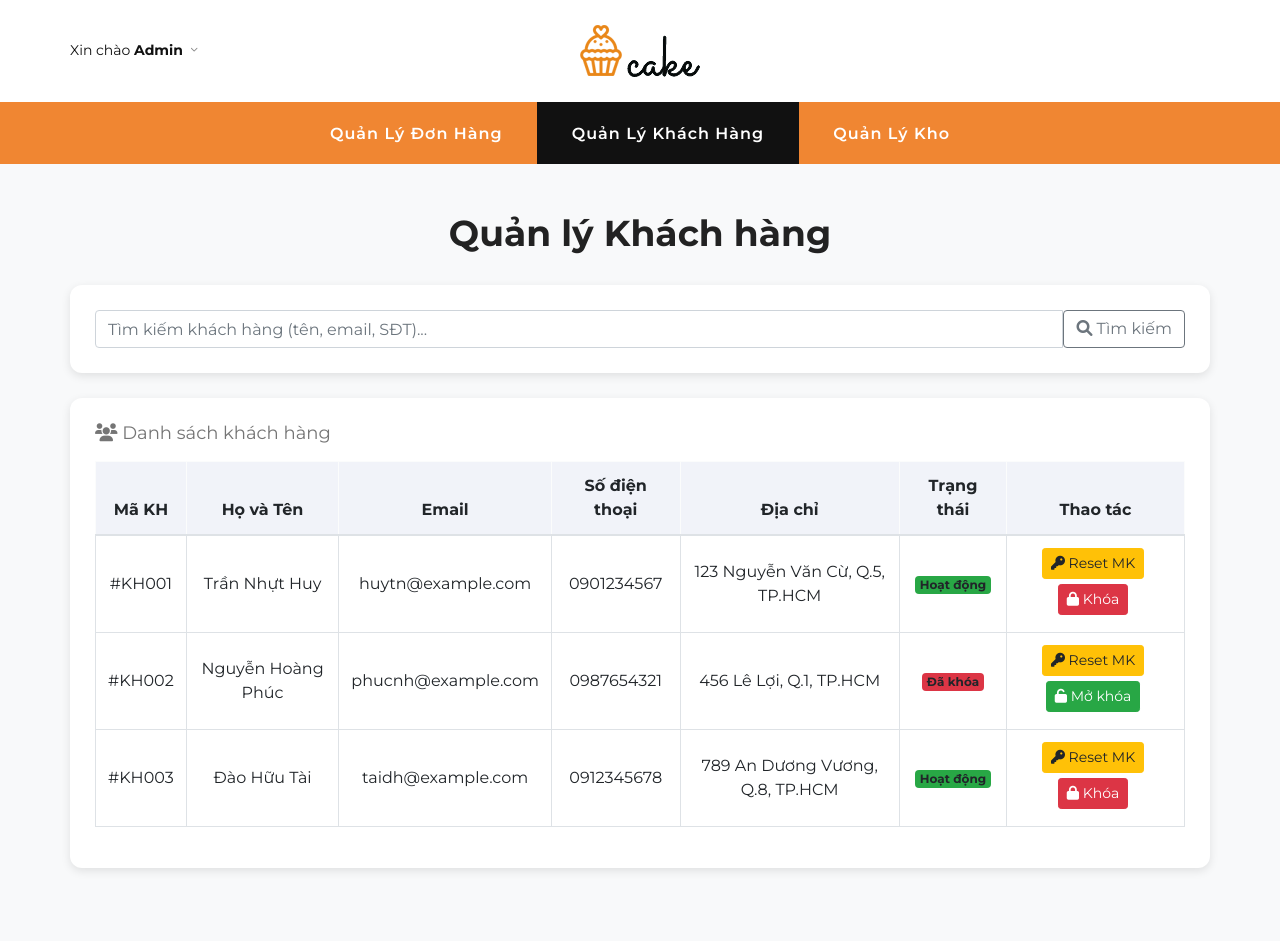
Repository: nhanto2n-byte/Nhom10ChieuThu3
Page: ProjectWeb/cake-main/admin_member.html
These files come from the project's save history. The page is drawn as it stood at one moment and after the next save; the edit follows.
The browser window is 1280 px wide. The pictures show the whole page.
Backgrounds fixed to the window are drawn as part of the page.

Above is the page before, as saved 2025-10-28 20:36:15.

After the next save:
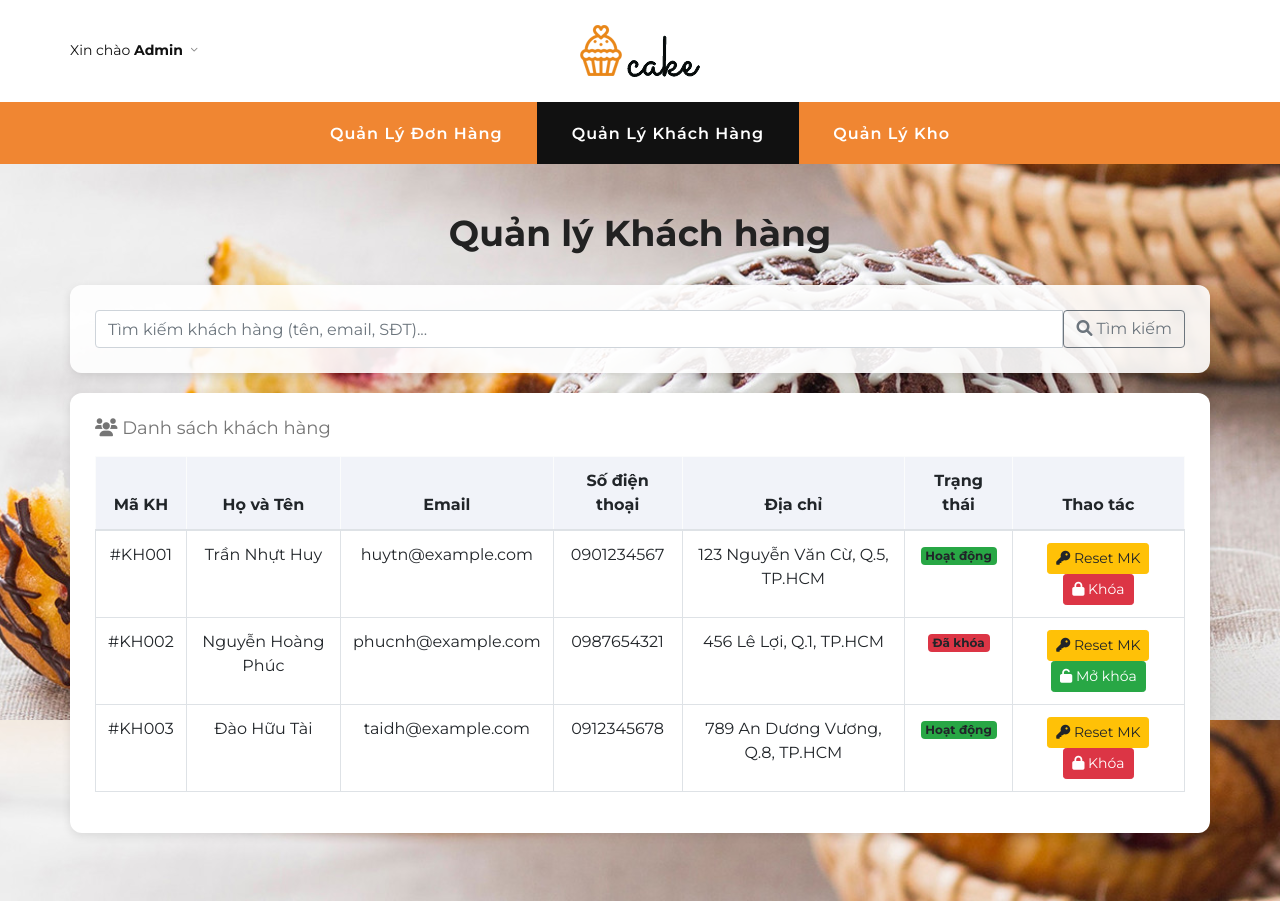
Saved 60 s later.
--- a/ProjectWeb/cake-main/admin_member.html
+++ b/ProjectWeb/cake-main/admin_member.html
@@ -22,45 +22,80 @@
     <link rel="stylesheet" href="https://cdnjs.cloudflare.com/ajax/libs/font-awesome/6.0.0-beta3/css/all.min.css">
 
     <style>
-        body {
-            background-color: #f8f9fa;
-            font-family: 'Montserrat', sans-serif;
-        }
-
-        h2 {
-            font-weight: 700;
-            margin-bottom: 30px;
-            color: #222;
-        }
-
-        .card {
-            border: none;
-            border-radius: 12px;
-            box-shadow: 0 3px 10px rgba(0, 0, 0, 0.1);
-            margin-bottom: 25px;
-            padding: 25px;
-        }
-
-        .table th {
-            background-color: #f1f3f9;
-            vertical-align: middle;
-        }
-
-        .table td {
-             vertical-align: middle;
-        }
-
-        /* Dropdown Menu CSS */
-        .header__top__left ul li.has-dropdown { position: relative; }
-        .header__top__left ul li .dropdown { display: none; position: absolute; top: 100%; left: 0; z-index: 100; background-color: #333; border: 1px solid #555; box-shadow: 0 4px 10px rgba(0, 0, 0, 0.2); min-width: 200px; padding: 5px 0; list-style: none; }
-        .header__top__left ul li.has-dropdown:hover > .dropdown { display: block; }
-        .header__top__left ul li .dropdown li a { display: block; padding: 10px 15px; text-decoration: none; color: white; font-size: 16px; white-space: nowrap; }
-        .header__top__left ul li .dropdown li a:hover { background-color: #555; color: #ffcc00; }
-
-        .action-buttons .btn {
-            margin-right: 5px;
-            margin-bottom: 5px; /* Thêm khoảng cách cho các nút trên màn hình nhỏ */
-        }
+     body {
+    background: url('img/hero/hero-1.jpg') no-repeat center center fixed;
+    background-size: cover;
+    font-family: 'Montserrat', sans-serif;
+    color: #222;
+  }
+
+  h2 {
+    font-weight: 700;
+    margin-bottom: 30px;
+    color: #222;
+  }
+
+  .card {
+    border: none;
+    border-radius: 12px;
+    box-shadow: 0 3px 10px rgba(0, 0, 0, 0.1);
+    margin-bottom: 20px;
+    padding: 25px;
+    background-color: rgba(255, 255, 255, 0.9); /* 💡 nền trắng mờ để đọc rõ trên ảnh */
+  }
+
+  .table th {
+    background-color: #f1f3f9;
+  }
+
+  input[name="page"] {
+    display: none;
+  }
+
+  #page1Content,
+  #page2Content {
+    display: none;
+    animation: fade 0.4s ease;
+  }
+
+  #page1:checked~.book #page1Content {
+    display: block;
+  }
+
+  #page2:checked~.book #page2Content {
+    display: block;
+  }
+
+  .controls {
+    text-align: center;
+    margin-top: 15px;
+  }
+
+  .controls label {
+    display: inline-block;
+    background-color: #e9ecef;
+    border-radius: 20px;
+    padding: 6px 16px;
+    margin: 0 5px;
+    cursor: pointer;
+    transition: all 0.3s;
+    font-weight: 500;
+  }
+
+  #page1:checked~.controls label[for="page1"],
+  #page2:checked~.controls label[for="page2"] {
+    background-color: #0d6efd;
+    color: white;
+  }
+
+  @keyframes fade {
+    from { opacity: 0; }
+    to { opacity: 1; }
+  }
+
+  .btn-add {
+    margin-bottom: 20px;
+  }
     </style>
 </head>
 
